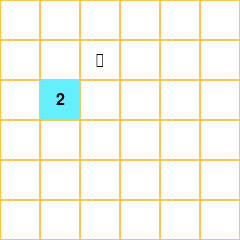
Repository: isabelcuddihy/decodeknight
Script's output: python knightstour.py
These files come from the project's save history. The script's output is drawn as it stood at one moment and after the next save; the edit follows.
The window is shown after at most 60 frames with no key pressed. Random numbers start from a fixed seed.

Above is the script's output before, as saved 2026-03-26 13:11:47.

After the next save:
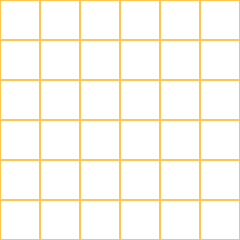
Saved 37 s later.
--- a/knightstour.py
+++ b/knightstour.py
@@ -29,6 +29,7 @@
 
 print(currentKnightPos,  grid, placedKnights, done)
 
+grid[game.currentKnightPos[1]][game.currentKnightPos[0]] = 1 # Mark starting position as visited with move number 1
 
 ####################################################
 # Timing your code's execution for metrics.

After the save that followed:
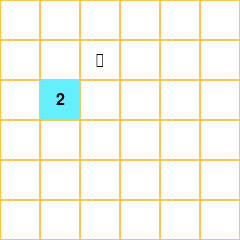
Saved 74 s later.
--- a/knightstour.py
+++ b/knightstour.py
@@ -29,7 +29,7 @@
 
 print(currentKnightPos,  grid, placedKnights, done)
 
-grid[game.currentKnightPos[1]][game.currentKnightPos[0]] = 1 # Mark starting position as visited with move number 1
+
 
 ####################################################
 # Timing your code's execution for metrics.
